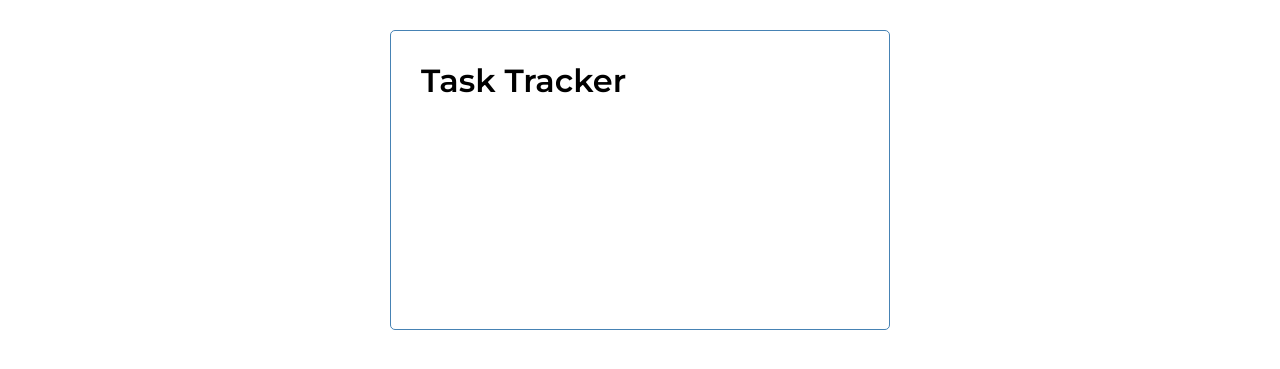
Repository: kate30980/task-tracker-reactjs
Page: /
An editor plug-in stored every save of this project. The page is shown before and after the next save, followed by the edit.
The browser window is 1280 px wide. The pictures show the whole page.
The project was rebuilt for these pictures with package versions that can differ from the ones it lists, and the page was loaded fresh each time.

Above is the page before, as saved 2021-09-19 14:40:27.

### public/index.html
<!DOCTYPE html>
<html lang="en">

<head>
  <meta charset="utf-8" />
  <link rel="icon" href="%PUBLIC_URL%/favicon.ico" />
  <meta name="viewport" content="width=device-width, initial-scale=1" />
  <meta name="theme-color" content="#000000" />
  <meta name="description" content="Web site created using create-react-app" />
  <link rel="apple-touch-icon" href="%PUBLIC_URL%/logo192.png" />
  <!--
      manifest.json provides metadata used when your web app is installed on a
      user's mobile device or desktop. See https://developers.google.com/web/fundamentals/web-app-manifest/
    -->
  <link rel="manifest" href="%PUBLIC_URL%/manifest.json" />
  <!--
      Notice the use of %PUBLIC_URL% in the tags above.
      It will be replaced with the URL of the `public` folder during the build.
      Only files inside the `public` folder can be referenced from the HTML.

      Unlike "/favicon.ico" or "favicon.ico", "%PUBLIC_URL%/favicon.ico" will
      work correctly both with client-side routing and a non-root public URL.
      Learn how to configure a non-root public URL by running `npm run build`.
    -->
  <title>Task Tracker</title>
</head>

<body>
  <noscript>You need to enable JavaScript to run this app.</noscript>
  <div id="root"></div>
  <!--
      This HTML file is a template.
      If you open it directly in the browser, you will see an empty page.

      You can add webfonts, meta tags, or analytics to this file.
      The build step will place the bundled scripts into the <body> tag.

      To begin the development, run `npm start` or `yarn start`.
      To create a production bundle, use `npm run build` or `yarn build`.
    -->
</body>

</html>

### src/index.css

@import url('https://fonts.googleapis.com/css2?family=Montserrat:wght@300;400;600&display=swap');

*{
  box-sizing: border-box;
  margin:0;
  padding:0;
}

body {
  font-family: 'Montserrat', sans-serif;
}

.container {
  max-width: 500px;
  margin: 30px auto;
  overflow: auto;
  min-height: 300px;
  border: 1px solid steelblue;
  padding: 30px;
  border-radius: 5px;
}
.header{
  display: flex;
  justify-content: space-between;
  align-items: center;
  margin-bottom: 20px;
}
.btn{
  display: inline-block;
  background: #000;color: #fff;
  border: none;
  padding: 10px 20px;
  margin: 5px;
  border-radius:5px;
  cursor: pointer;
  text-decoration: none;
  font-size: 15px;
  font-family: inherit;
}
.btn:focus{
  outline: none;
}
.btn:active{
  transform:scale(0.98);
}
.btn-block{
  display: block;
  width: 100%;
}
.event{
  background:#f4f4f4;
  margin: 5px;
  padding: 10px 20px;
  cursor: pointer;
}
.event .reminder{
  border-left: 5px solid green;
}
.event h3{
  display: flex;
  align-items:center;
  justify-content: space-between;
}
.add-form{
  margin-bottom: 40px;
}
.from-control{
  margin: 20px 0;
}
.from-control label {
  display: block;
}
.from-control input{
  width: 100%;
  height: 40px;
  margin: 5px;
  padding: 3px 7px;
  font-size: 17px;
}
.form-control-check{
  display: flex;
  align-items: center;
  justify-content: space-between;
}
.form-control-check label{
  flex: 1;
}
.form-control-check input {
  flex: 2;
  height: 20px;
}
footer{
  margin-top: 30px;
  text-align: center;
}

### src/components/Header.js
import PropTypes from "prop-types";

const Header = ({ title }) => {
  return (
    <header>
      <h1>{title}</h1>
    </header>
  );
};

Header.defaultProps = {
  title: "Task Tracker",
};

Header.propTypes = {
  title: PropTypes.string.isRequired,
};
// css in js
// const headingStyle = {
//   color: "red",
//   backgroundColor: "black",
// };
export default Header;

Loaded but not shown: src/index.js (common file); src/App.js (common file); src/reportWebVitals.js (common file)

After the next save:
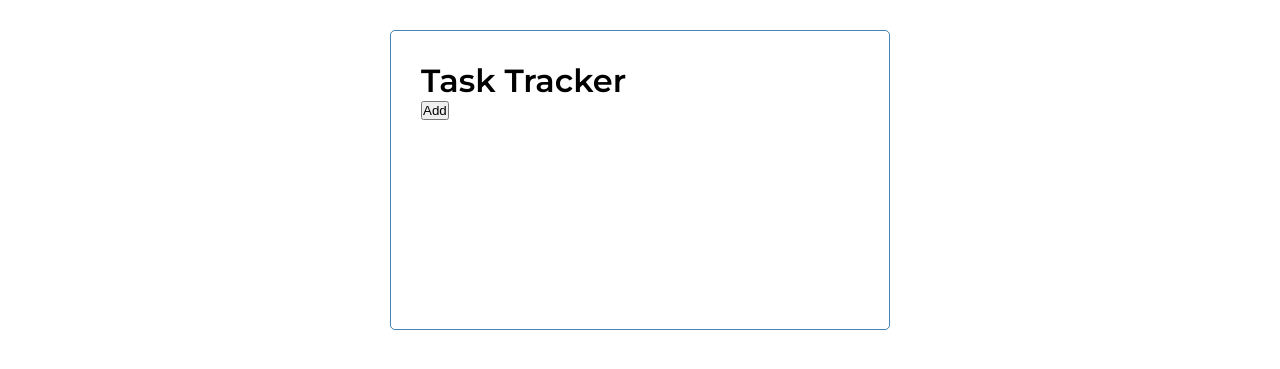
Saved 100 s later.
--- a/src/components/Header.js
+++ b/src/components/Header.js
@@ -4,6 +4,7 @@ const Header = ({ title }) => {
   return (
     <header>
       <h1>{title}</h1>
+      <button>Add</button>
     </header>
   );
 };
@@ -15,9 +16,5 @@ Header.defaultProps = {
 Header.propTypes = {
   title: PropTypes.string.isRequired,
 };
-// css in js
-// const headingStyle = {
-//   color: "red",
-//   backgroundColor: "black",
-// };
+
 export default Header;
